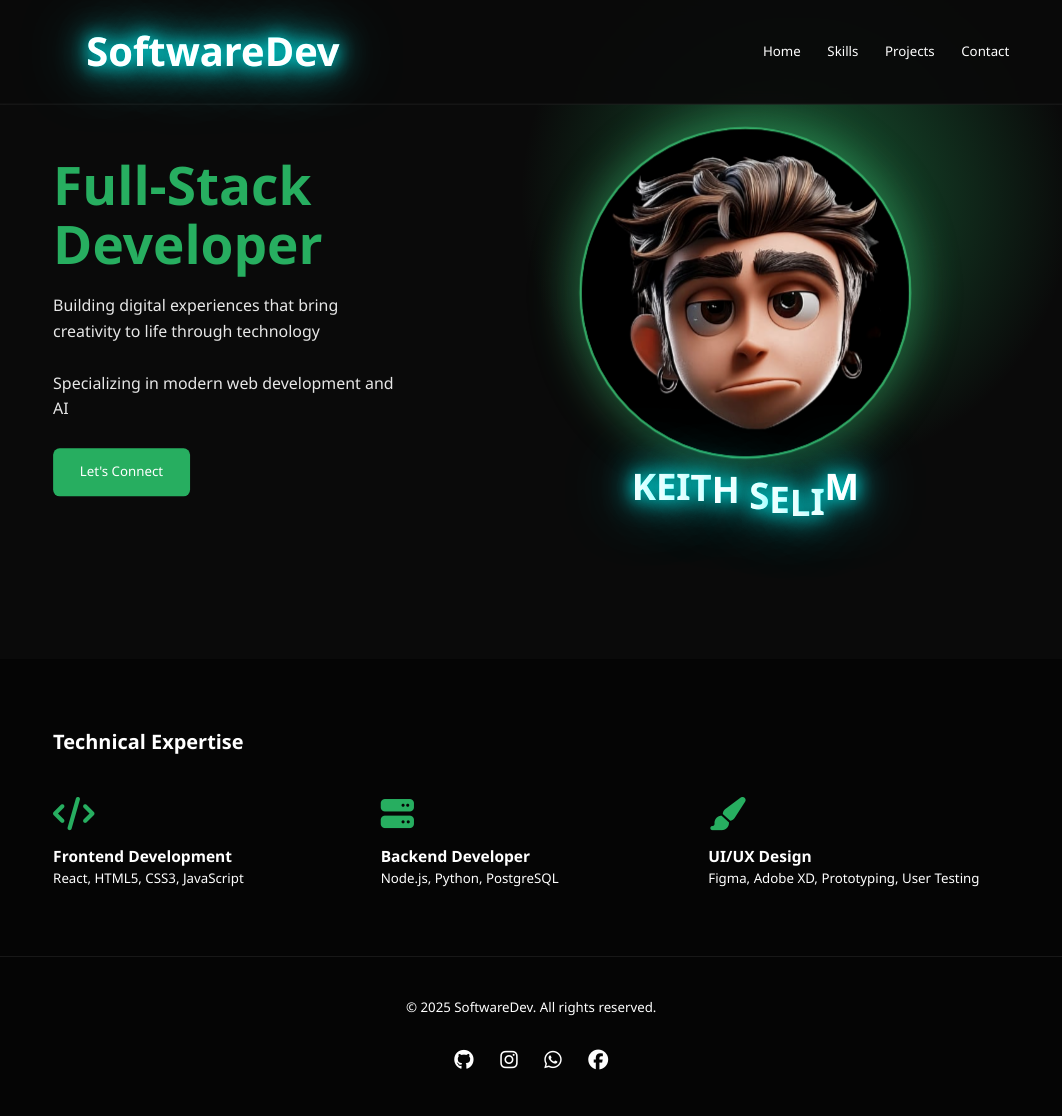
Repository: PEEZYBEE/my-react-portfolio
Page: /
The author's editor kept a copy of each file at every save. The page is drawn from the files as they stood at one save, then again after the next save.
The browser window is 1280 px wide. The pictures show the whole page, at 83% of full size.
The project was rebuilt for these pictures with package versions that can differ from the ones it lists, and the page was loaded fresh each time. Also part of the build but not shown: vite.config.js.

Above is the page before, as saved 2025-04-21 02:06:40.

After the next save:
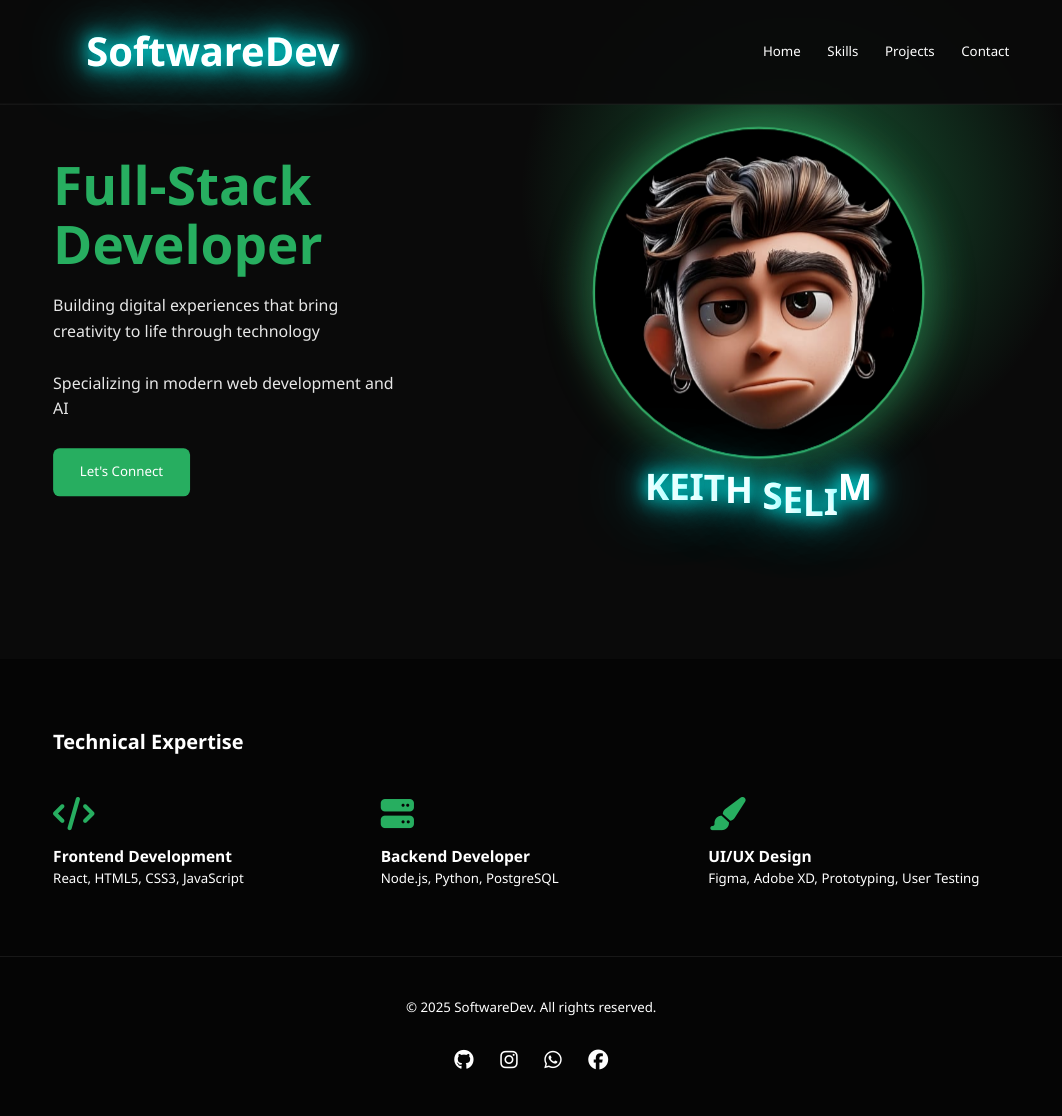
Saved 6 s later.
--- a/src/components/Hero.css
+++ b/src/components/Hero.css
@@ -9,7 +9,7 @@
   .hero-content {
     flex: 1;
     max-width: 500px;
-    margin-;
+    margin-right: 2rem;
   }
 
   .hero-image-container {

After the save that followed:
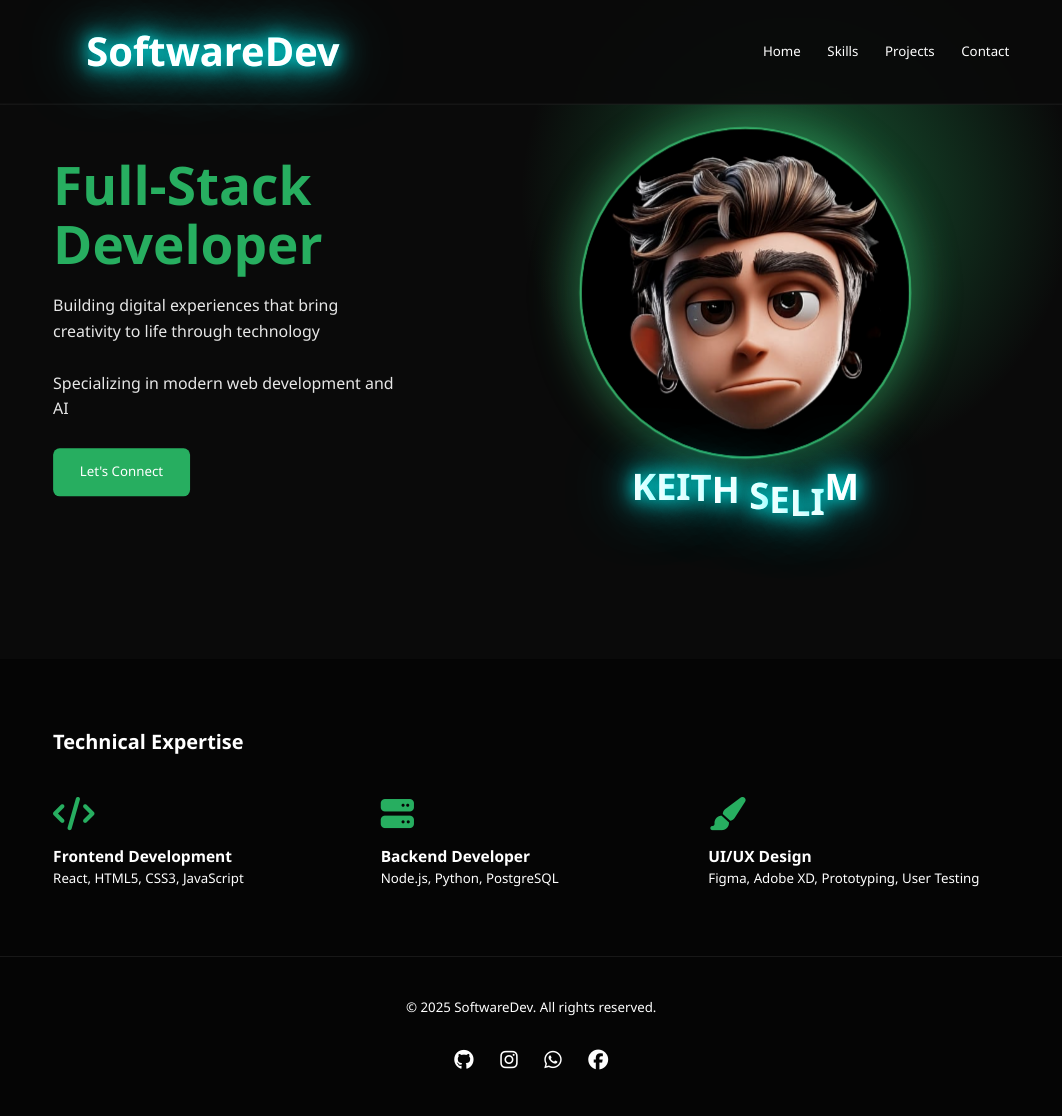
Saved 7 s later.
--- a/src/components/Hero.css
+++ b/src/components/Hero.css
@@ -9,7 +9,6 @@
   .hero-content {
     flex: 1;
     max-width: 500px;
-    margin-right: 2rem;
   }
 
   .hero-image-container {
